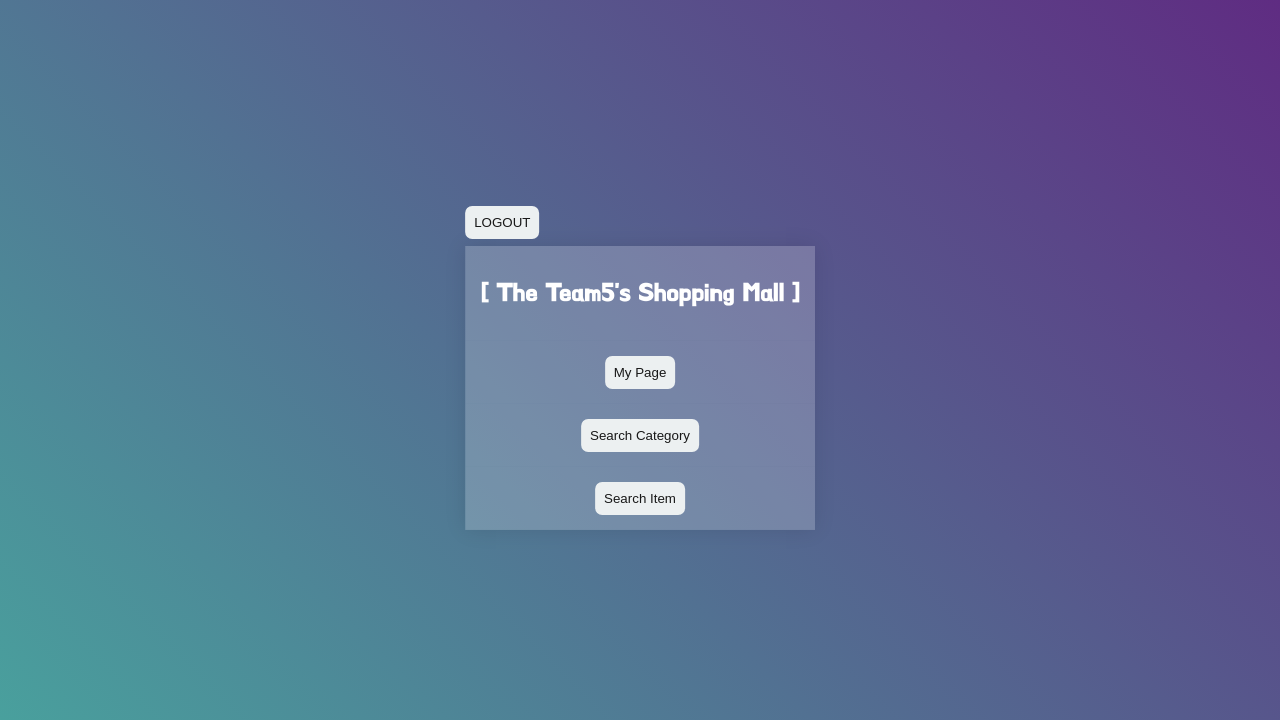
Repository: MIR013/KNU_DB_Project_Team5
Page: http://localhost/Databaase/main_page.jsp
The author's editor kept a copy of each file at every save. The page is drawn from the files as they stood at one save, then again after the next save.
The browser window is 1280 px wide. The pictures show the whole page.
The page is served by Tomcat 9. Nobody is signed in. The application's start-up code is not run. Queries for data that is not in the repository find no rows.

Above is the page before, as saved 2018-11-22 10:47:40.

### dbphase/Databaase/WebContent/main_page.jsp
<%@ page language="java" contentType="text/html; charset=UTF-8"
    pageEncoding="UTF-8"%>
<%@ page language="java" import="java.text.*,java.sql.*" %>
<!DOCTYPE html>
<html>
<head>
<meta charset="UTF-8">
<link rel='stylesheet' type='text/css' href='mystyle.css'>
<title>Insert title here</title>
</head>
<body>

<form>
	<div class="container">
		<table>
		<tr>
				<th><h2> [ The Team5's Shopping Mall ]</h2></th>
		</tr>
		<tr>
			<td><input type="button" value="My Page" onclick="location.href='my_page.html'"/></td>
		</tr>
		<tr>
		<td><input type="button" value="Search Category" onclick="location.href='search_category_large.jsp'"/></td>
		</tr>
		<tr>
		<td><input type="button" value="Search Item" onclick="location.href='search_item.html'"/></td>
		</tr>


<%
String serverIP = "localhost";
String dbName = "phase2";
String portNum = "3306";
String url = "jdbc:mysql://" + serverIP + ":" + portNum + "/" + dbName;
String user = "knu";
String pass = "comp322";
Connection conn = null;

Class.forName("com.mysql.jdbc.Driver");
conn = DriverManager.getConnection(url,user,pass);
PreparedStatement pstmt;
ResultSet rs;
ResultSetMetaData rsmd;
int cnt;
String query;
conn.setAutoCommit(false);
%>

<%
	String adm = (String)session.getAttribute("signedUser");
	query = "select Type from CUSTOMER where Customer_id = '" + adm +"'";
	pstmt = conn.prepareStatement(query);
	rs = pstmt.executeQuery();
	String t=null;
	while(rs.next()){
		t = rs.getString(1);
	}
	if(t != null && t.equals("4")){
		String nextpage = "<tr><td><form>" +
				"<input type=\"button\" value=\"Admin Page\" onclick=\"location.href='admin_page.html'\"/>" +
				"</form></td></tr>";
		out.print(nextpage);
	}

%>
<%
out.print("</br>");
String nextpage = "<form action=\"log_out.jsp\" method=\"POST\">" +
			"<input type=\"submit\" value=\"LOGOUT\"/>" +
			"</form>";
out.print(nextpage);

%>
		</table>
	</div>
</form>
</body>
</html>

### dbphase/Databaase/WebContent/mystyle.css


@font-face{
	font-family:"hanna";
	src:url("hanna.ttf")format("truetype");
}




input {
   /* width: 18%;*/
    text-align: center;

    padding: 1ex;
    border: 2px solid #ECF0F1;
    transition: border ease 500ms;
    border-radius: 1ex;
    background: #ECF0F1;
    color: #181818;

    &:focus {
      outline: none;
      border: 2px solid #3498DB;
    }

    &:not(:last-child) {
      margin-bottom: 1ex;
    }
}
button {
   color: white;
   border: 2px solid #3498DB;
   background: #3498DB;
}

html,
body {
	height: 100%;
}


body {
	margin: 0;
	background: linear-gradient(45deg, #49a09d, #5f2c82);
	font-family: hanna;
	font-weight: 100;
}

.container {
	position: absolute;
	top: 50%;
	left: 50%;
	transform: translate(-50%, -50%);
}

table {
	/*width: 800px;*/
	border-collapse: collapse;
	overflow: hidden;
	box-shadow: 0 0 20px rgba(0,0,0,0.1);
}

th,
td {
	white-space:nowrap;
	text-align: center;
	padding: 15px;
	background-color: rgba(255,255,255,0.2);
	color: #fff;
	margin-left: auto; margin-right: auto;
}

th {
	text-align: center;
}

thead {
	th {
		background-color: #55608f;
	}
}

tbody {
	tr {
		&:hover {
			background-color: rgba(255,255,255,0.3);
		}
	}
	td {
		position: relative;
		&:hover {
			&:before {
				content: "";
				position: absolute;
				left: 0;
				right: 0;
				top: -9999px;
				bottom: -9999px;
				background-color: rgba(255,255,255,0.2);
				z-index: -1;
			}
		}
	}
}

After the next save:
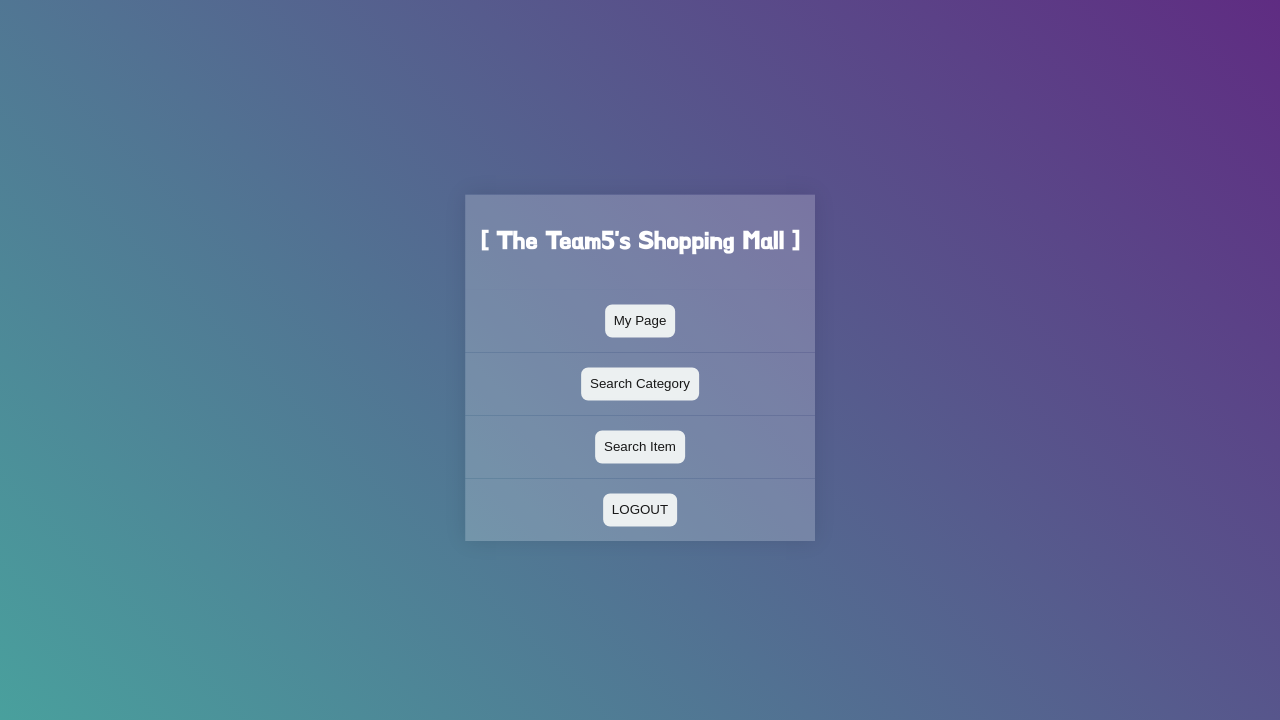
Saved 22 s later.
--- a/dbphase/Databaase/WebContent/main_page.jsp
+++ b/dbphase/Databaase/WebContent/main_page.jsp
@@ -65,9 +65,9 @@ conn.setAutoCommit(false);
 %>
 <%
 out.print("</br>");
-String nextpage = "<form action=\"log_out.jsp\" method=\"POST\">" +
+String nextpage = "<tr><td><form action=\"log_out.jsp\" method=\"POST\">" +
 			"<input type=\"submit\" value=\"LOGOUT\"/>" +
-			"</form>";
+			"</form></td></tr>";
 out.print(nextpage);
 
 %>
